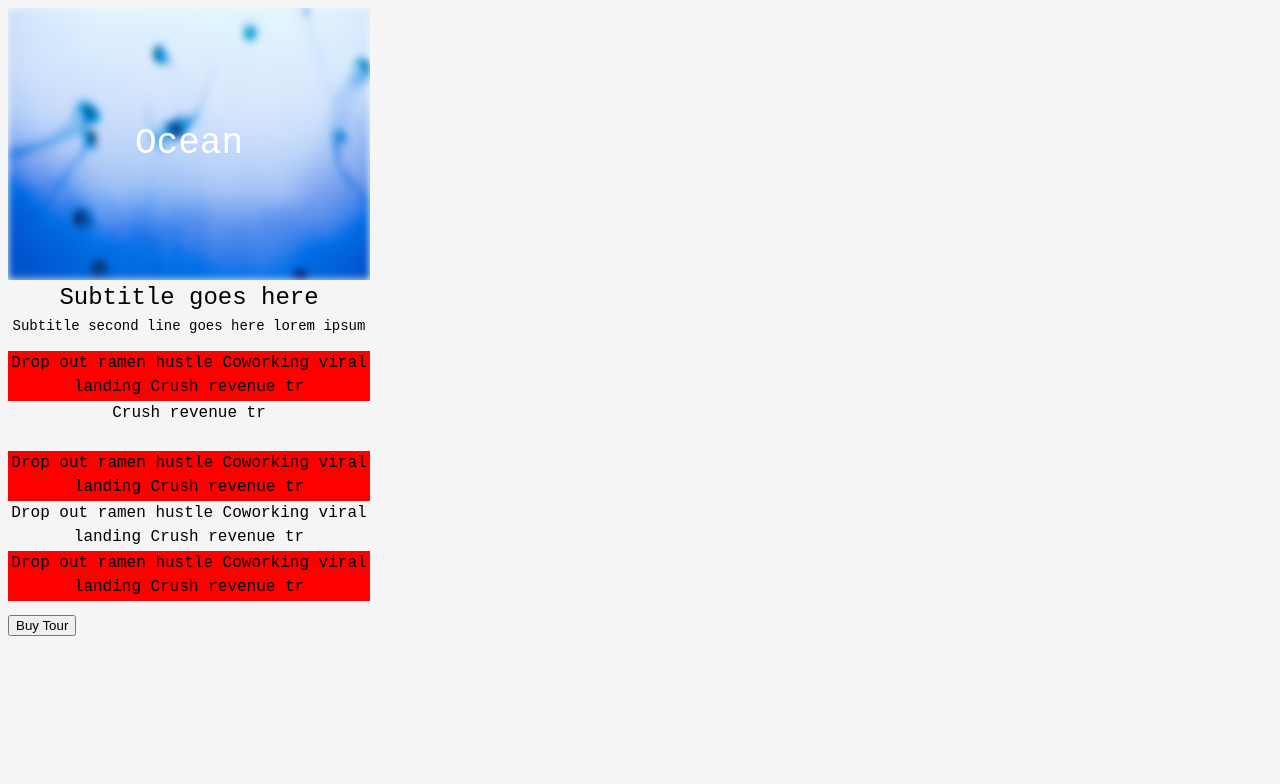
Repository: HoanTiny/pricetable
Page: index.html
An editor plug-in stored every save of this project. The page is shown before and after the next save, followed by the edit.
The browser window is 1280 px wide. The pictures show the whole page.

Above is the page before, as saved 2022-07-04 10:15:34.

After the next save:
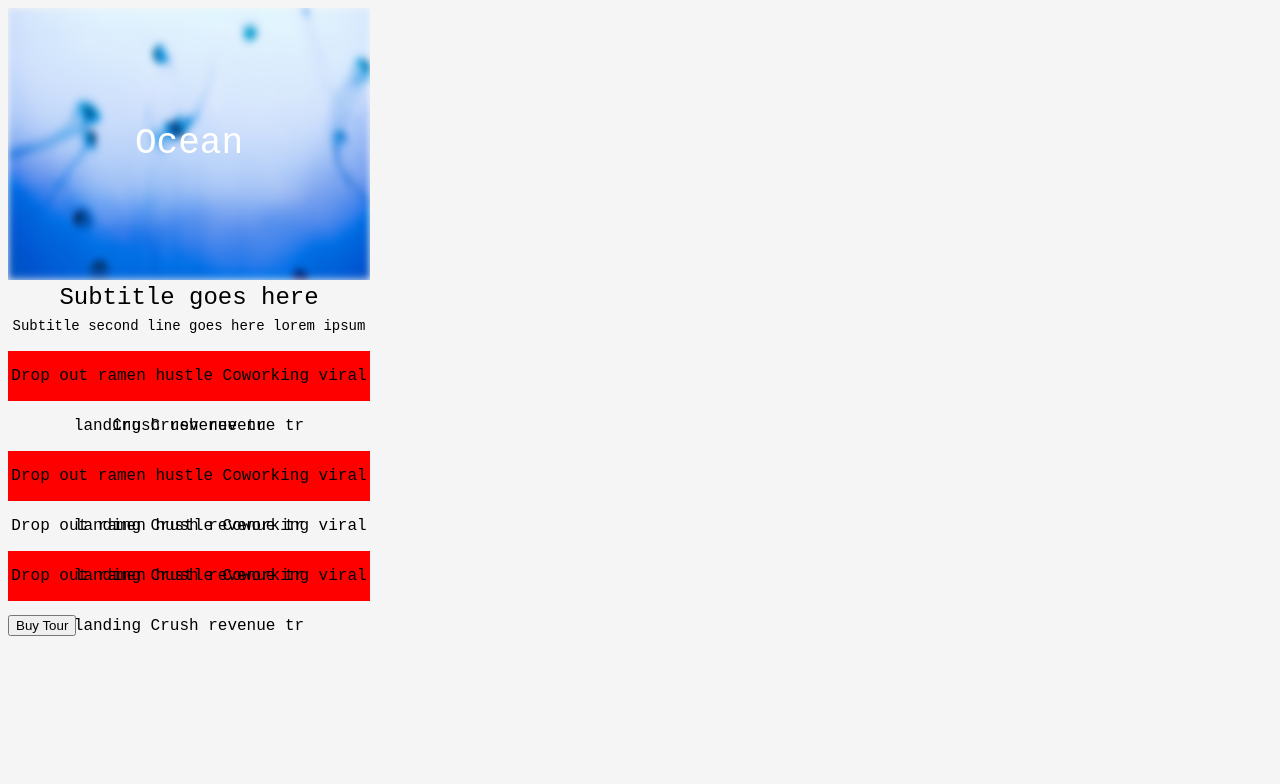
Saved 14 s later.
--- a/assests/css/style.css
+++ b/assests/css/style.css
@@ -60,6 +60,7 @@ img {
 .title_list ul li {
     font-size: 16px;
     height: 50px;
+    line-height: 50px;
 }
 
 .title_list ul li:nth-child(odd) {
